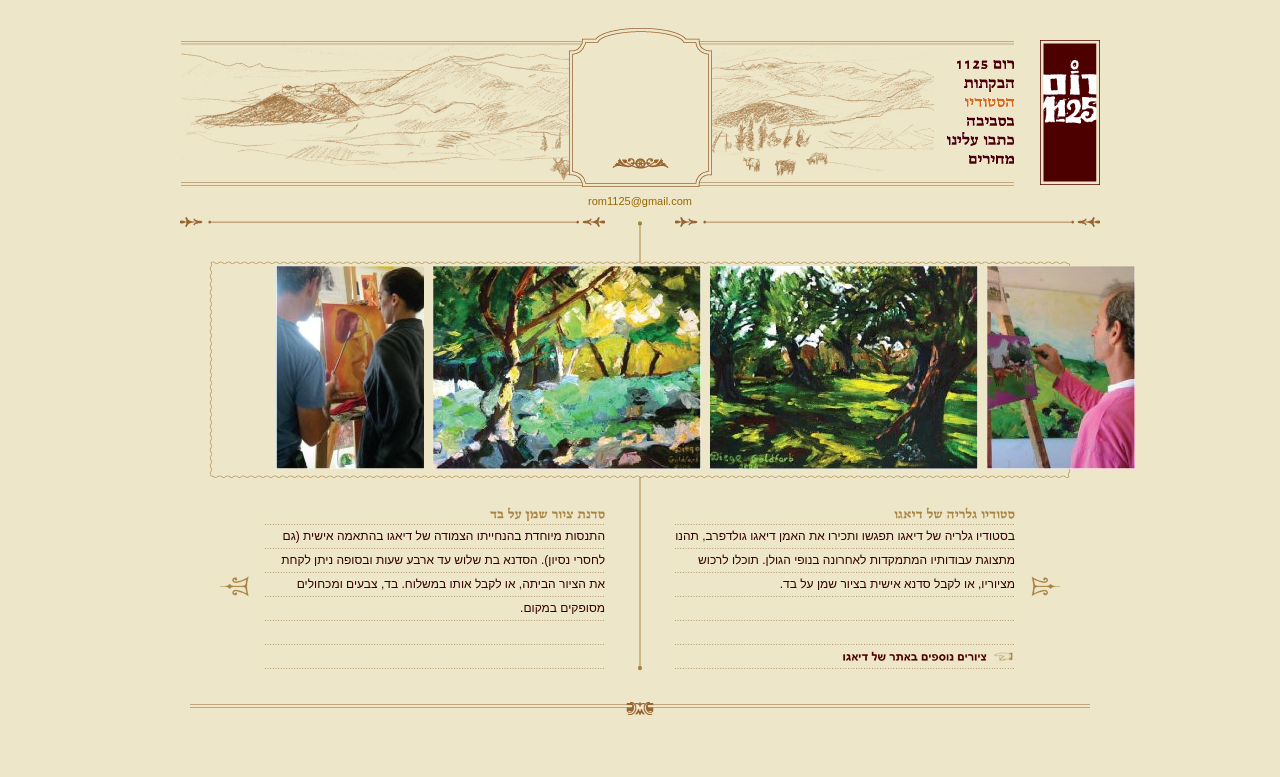
Repository: asafg/rom1125
Page: rom1125/WebContent/studio.html
An editor plug-in stored every save of this project. The page is shown before and after the next save, followed by the edit.
The browser window is 1280 px wide. The pictures show the whole page.

Above is the page before, as saved 2010-06-11 10:59:55.

After the next save:
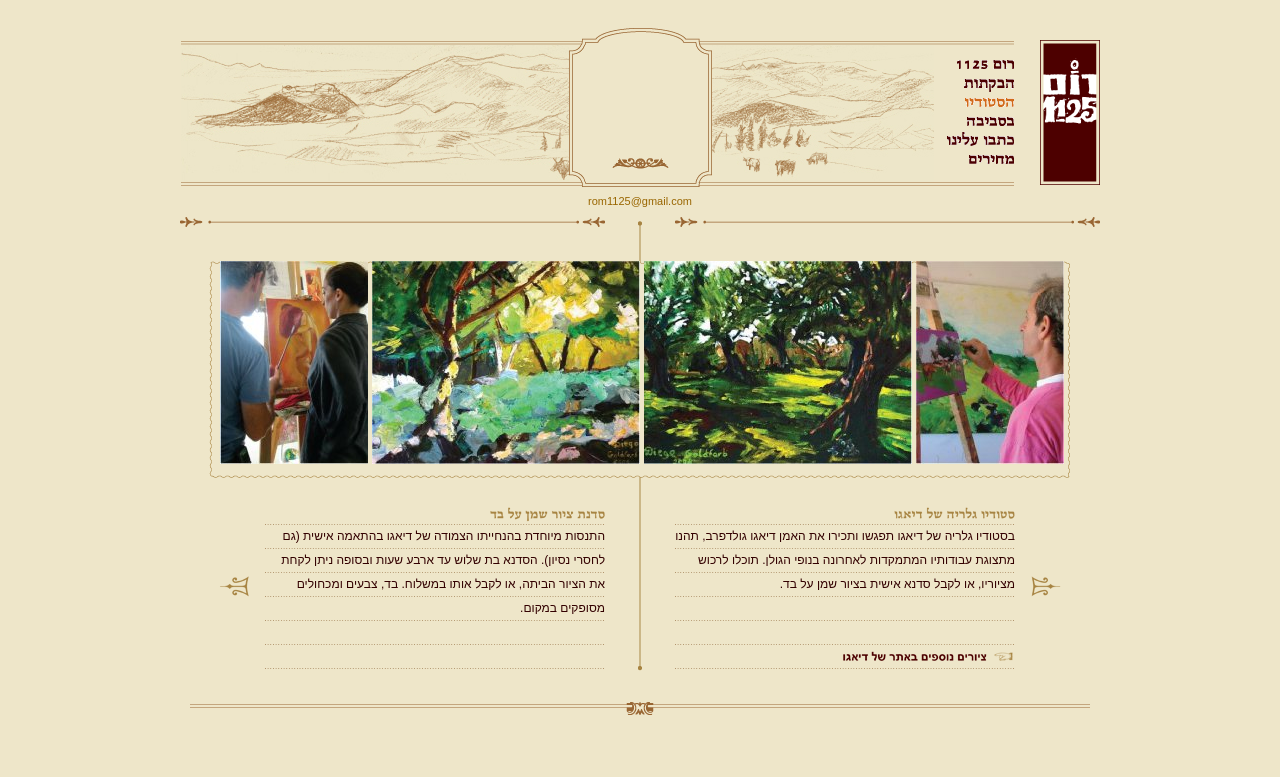
Saved 71 s later.
--- a/rom1125/WebContent/css/studio.css
+++ b/rom1125/WebContent/css/studio.css
@@ -10,7 +10,7 @@
 #frame img
 {
 	/*float: right;*/
-	margin: 5px 5px 0 0;
+	/*margin: 5px 5px 0 0;*/
 }
 
 img.first_photo

After the save that followed:
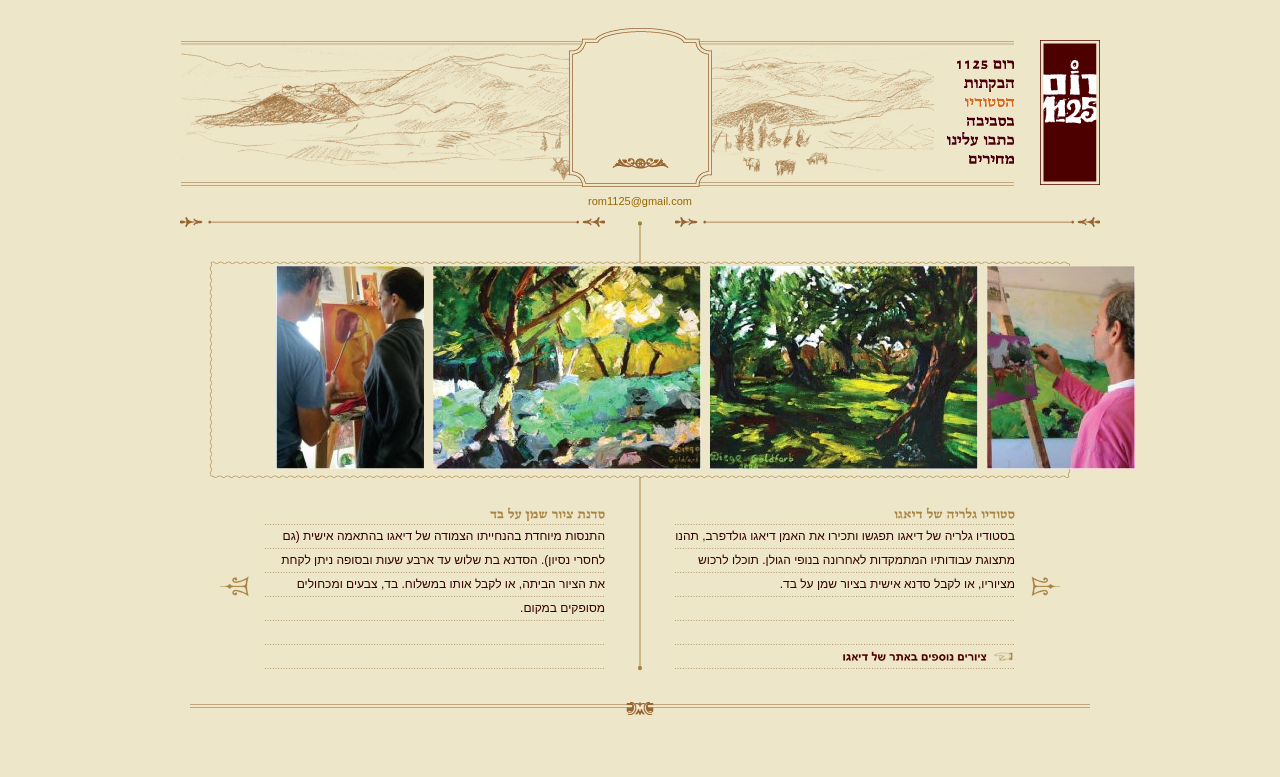
Saved 14 s later.
--- a/rom1125/WebContent/css/studio.css
+++ b/rom1125/WebContent/css/studio.css
@@ -10,7 +10,7 @@
 #frame img
 {
 	/*float: right;*/
-	/*margin: 5px 5px 0 0;*/
+	margin: 5px 5px 0 0;
 }
 
 img.first_photo
